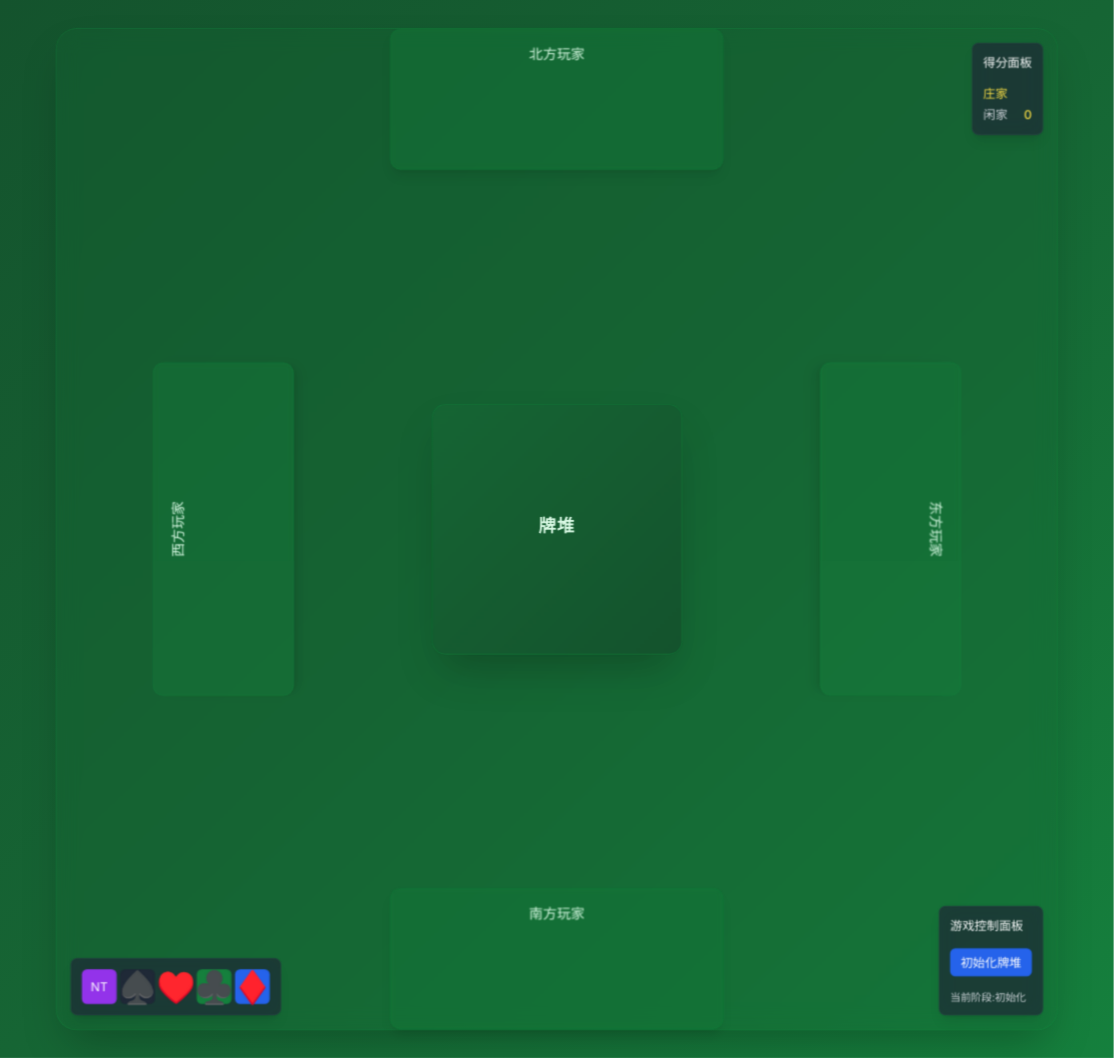
Repository: laofansay/Tractor80
Page: /
These files come from the project's save history. The page is drawn as it stood at one moment and after the next save; the edit follows.
The browser window is 1280 px wide. The pictures show the whole page, at 87% of full size.
The project was rebuilt for these pictures with package versions that can differ from the ones it lists, and the page was loaded fresh each time. The framework's server and built-in components were replaced by stand-ins that run in the browser. Also part of the build but not shown: next.config.js, app/components/Card.tsx.

Above is the page before, as saved 2025-03-09 00:23:45.

After the next save:
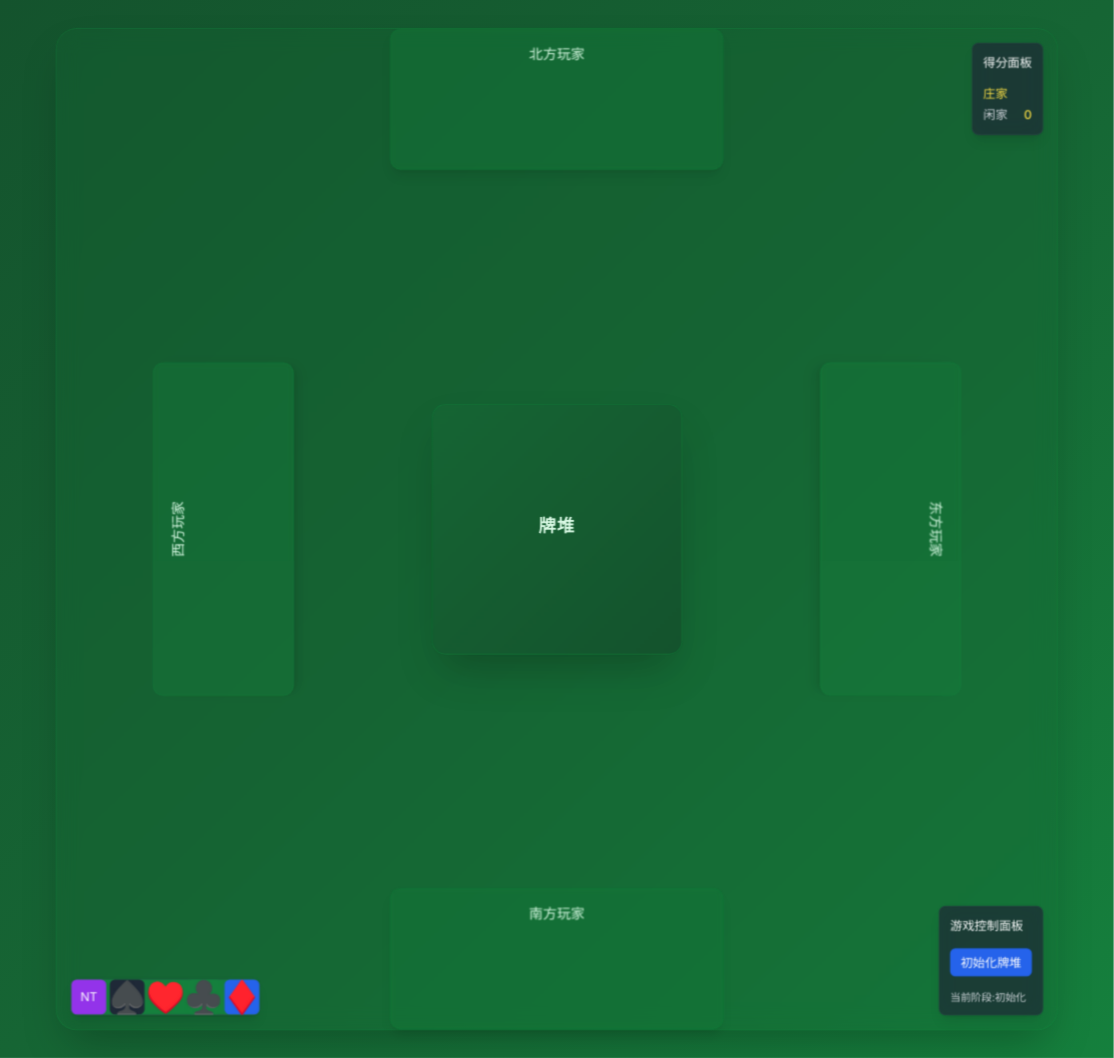
Saved 28 s later.
--- a/app/components/TrumpSelectionPanel.tsx
+++ b/app/components/TrumpSelectionPanel.tsx
@@ -14,7 +14,7 @@ export function TrumpSelectionPanel({ onSelectTrump, gamePhase }: TrumpSelection
   }
 
   return (
-    <div className="absolute bottom-4 left-4 p-3 bg-gray-800/70 rounded-lg backdrop-blur-md border border-gray-700/50 shadow-lg">
+    <div className="absolute bottom-4 left-4 p- bg-green-700 hover:bg-green-600 rounded-lg backdrop-blur-md border border-gray-700/50 shadow-lg">
       <div className="flex flex-row gap-1">
         <button
           onClick={() => onSelectTrump(null)}
